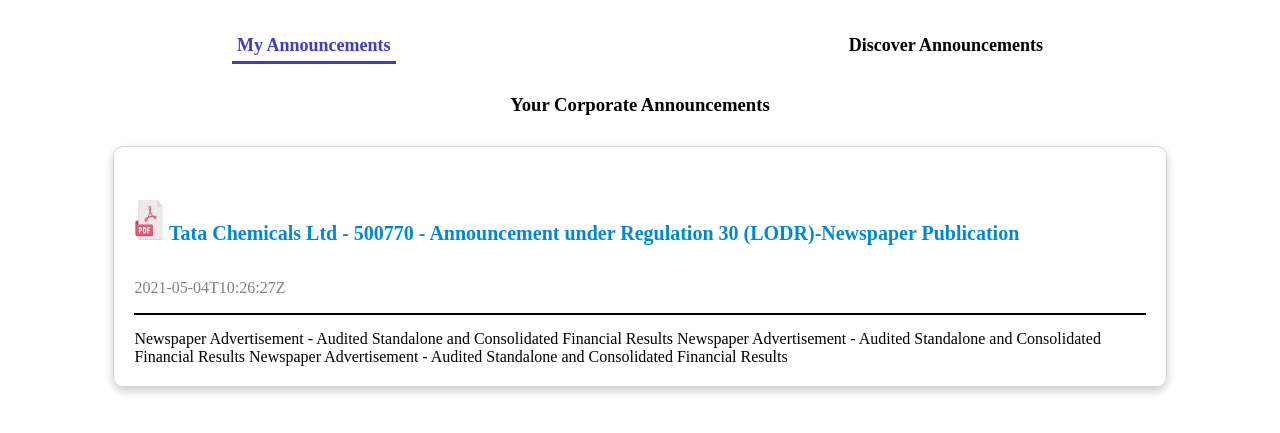
Repository: bhumikagohil/announcements
Page: announcements_tabs/index.html
The author's editor kept a copy of each file at every save. The page is drawn from the files as they stood at one save, then again after the next save.
The browser window is 1280 px wide. The pictures show the whole page.
The page's requests for data from a server got no answer.

Above is the page before, as saved 2021-05-13 14:07:06.

### announcements_tabs/index.html
<!DOCTYPE html>
<html lang="en">

<head>
    <meta charset="UTF-8">
    <meta name="viewport" content="width=device-width, initial-scale=1.0">
    <meta http-equiv="X-UA-Compatible" content="ie=edge">
    <link href="style.css" rel="stylesheet">

    <title>Corporate Announcements</title>
</head>
<script src="https://ajax.googleapis.com/ajax/libs/jquery/3.5.1/jquery.min.js"></script>

<script src="script.js" defer></script>

<body>

    <div class="container">
        <ul class="tabs">
            <li data-tab-target="#my-announcements" class="active tab">My Announcements</li>
            <li data-tab-target="#discover-announcements" class="tab" id="discover-tab">Discover Announcements</li>
        </ul>

        <div class="tab-content">
            <div id="my-announcements" data-tab-content class="active">
                <div class="container">
                    <h3 class="heading">Your Corporate Announcements</h3>
                </div>

                <div class="container" id="announcements-cards-container">
                    <div class="announcements-card" id=${item.news_id} style="    padding: 20px 20px;
                    box-shadow: 0 4px 8px 0 rgb(0 0 0 / 20%);
                    border: 1px solid #d3d3d3;
                    border-radius: 10px;
                    margin: auto;
                    margin-bottom: 10px;">

<a href="https://www.bseindia.com/xml-data/corpfiling/AttachLive/5c736c63-80a0-444f-b9a3-3539fa573147.pdf" style="text-decoration: none;">
                       <h5 class="title" style="    font-size: 1.25rem; ">
                                               <img src="pdf.png" alt="Link" width="30" height="40">

                            Tata Chemicals Ltd - 500770 - Announcement under Regulation 30 (LODR)-Newspaper Publication
                        </h5>
                    </a>
                        <p class="time">
                            2021-05-04T10:26:27Z
                        </p>
                        <hr />
                        <div class="summary">
                            Newspaper Advertisement - Audited Standalone and Consolidated Financial Results
                            Newspaper Advertisement - Audited Standalone and Consolidated Financial Results
                            Newspaper Advertisement - Audited Standalone and Consolidated Financial Results

                        </div>
                    </div>
                </div>

            </div>
            <div id="discover-announcements" data-tab-content>
                <!-- Heading -->
                <div class="container">
                    <h3 class="heading">Discover Corporate Announcements</h3>
                </div>
                <!-- Autocomplete Bar -->
                <div class="container">
                    <form autocomplete="off" class="form">
                        <input id="input-field" placeholder="Search companies" type="text">
                        <ul class="autocomplete"></ul>
                    </form>
                </div>
                <!-- Cards Section -->
                <div class="container cards-container" id="discover-cards-container">
                </div>
            </div>

        </div>
    </div>

</body>

</html>

### announcements_tabs/style.css
[data-tab-content] {
  display: none;
}

.active[data-tab-content] {
  display: block;
}

.tabs {
  display: flex;
  justify-content: space-around;
  list-style-type: none;
  margin: 0;
  padding: 0;
}

.tab {
  cursor: pointer;
  padding: 5px;
  font-size: large;
  font-weight: bold;
}


.tab.active {
  color: #443ac8;
  border-bottom: 3px solid #443ac8;
}

.tab:hover {
  color: #443ac8;
}

/* Media Queries */
@media only screen and (max-width: 768px) {
  .tab {
    font-size: 10px;
  }
  .tab.active {
    border-bottom: 2px solid #443ac8;
  }
}

.container {
  width: 100%;
  margin: 30px auto;
}

.heading {
  text-align: center;
}

/*  ANNOUNCEMENTS */

.title {
  color: #0089d0;
}

.announcements-card {
  padding: 20px 20px;
  box-shadow: 0 4px 8px 0 rgba(0, 0, 0, 0.2);
  width: 80%;
  border: 1px solid #d3d3d3;
  border-radius: 10px;
  margin: auto;

  margin-bottom: 10px;
}

.announcements-card:hover {
  box-shadow: 0 8px 16px 0 rgba(0, 0, 0, 0.2);
}

hr {
  display: block;
  border: none;
  height: 2px;
  background-color: #000;
}

.time {
  /* font-size: 14px; */
  color: #858080;
}

.summary {
  overflow-x: auto;
  margin-top: 15px;
  /* font-size: 16px; */
}

/* DISCOVER ANNOUNCEMENTS */

/* Input Bar */
.form {
  width: 100%;
}

#input-field {
  position: absolute;
  width: 80%;
  /* height: 35px; */
  border-right: none;
  padding: 10px;
  border-radius: 4px;
  border: 1px solid #aab7ca;
}

input[type="text" i] {
  font-size: 14px;
}

/* Autocomplete Bar */
.autocomplete {
  width: 100%;
  position: absolute;
  background: #fff;
  list-style-type: none;
  margin-top: 48px;
  padding-left: 0;
  /* margin-left: auto; */
  z-index: 10;
}

.autocomplete-items {
  display: flex;
  padding: 0px 10px;
  cursor: pointer;
  border: 1px solid #d4d4d4;
  border-top: none;
}

.autocomplete-items:hover {
  background-color: #e9e9e9;
}

.autocomplete-title {
  margin-right: 20px;
  font-size: 14px;
}

.add-button {
  width: 50px;
  height: 26px;
  text-align: center;
  cursor: pointer;
  color: #fff;
  background-color: #4caf50;
  margin: auto 0 auto auto;
  border: none;
}

/* Card  */

.cards-container {
  margin-top: 80px;
  z-index: 1;
}
.discover-card {
  padding: 2% 4%;
  box-shadow: 0 4px 8px 0 rgba(0, 0, 0, 0.2);
  border: 1px solid #d3d3d3;
  border-radius: 5px;
  margin: auto;
  margin-bottom: 10px;
  display: flex;
  flex-direction: row;
  justify-content: space-between;
  align-items: center;
}

.status-button {
  position: relative;
  border: none;
  color: white;
  padding: 5px 10px;
  height: 30px;
  width: 70px;
  text-align: center;
  text-decoration: none;
  display: inline-block;
  font-size: 12px;
  cursor: pointer;
  background-color: #f11e0f;
  z-index: 1;
}

/* Loader */
@keyframes spinner {
  to {
    transform: rotate(360deg);
  }
}

.spinner:before {
  content: "";
  position: absolute;
  width: 18px;
  height: 18px;
  margin-top: -10px;
  margin-left: -10px;
  margin-right: -10px;
  border-radius: 50%;
  border-top: 2px solid #fff;
  border-right: 2px solid transparent;
  animation: spinner 0.6s linear infinite;
  z-index: 4;
}

/* @media only screen and (min-width: 425px) {
  .autocomplete {
    width: 77%;
  }
}

@media only screen and (min-width: 768px) {
  .autocomplete {
    width: 78.3%;
  }
}

@media only screen and (min-width: 1024px) {
  .autocomplete {
    width: 78.7%;
  }
}
@media only screen and (min-width: 1440px) {
  .autocomplete {
    width: 79.2%;
  }
} */

### announcements_tabs/script.js
const tabs = document.querySelectorAll("[data-tab-target]");
const tabContents = document.querySelectorAll("[data-tab-content]");

tabs.forEach((tab) => {
  tab.addEventListener("click", () => {
    const target = document.querySelector(tab.dataset.tabTarget);
    tabContents.forEach((tabContent) => {
      tabContent.classList.remove("active");
    });
    tabs.forEach((tab) => {
      tab.classList.remove("active");
    });
    tab.classList.add("active");
    target.classList.add("active");
  });
});

// ANNOUNCEMENTS

const hostname = "165.22.217.142";

const endpoint = `http://localhost:8000/null`;

fetch(endpoint)
  .then(function (response) {
    return response.json();
  })
  .then(function (response) {
    if (response.length < 1) {
      $(".announcements-card").html(
        "You haven't added any companies yet.Please click on discover announcements to add companies to receive corporate announcements "
      );
    } else {
      const newCard = response.map((item) => {
        return `
                      <div class="announcements-card">
                          <h5 class="title"> ${item.title} </h5>
                          <p class="time"> ${item.disseminated_time}</p>
                          <hr/>
                          <div class="summary">
                              ${item.summary}
                          </div>
                      </div>
                  `;
      });

      document
        .querySelector("#announcements-cards-container")
        .insertAdjacentHTML("afterbegin", newCard);
    }
  })
  .catch(function (err) {
    console.log("error: " + err);
  });

// DISCOVER ANNOUNCEMENTS

var query,
  company_cards_present = [];

const min_query_length = 3;
const spinner = `<div class="spinner"></div>`;

$(document).ready(function () {
  $("#input-field").on("input", function () {
    query = $(this).val();
    if (query.length >= min_query_length) {
      //   Fetching Autocomplete Sugguestions
      fetchData(
        `http://${hostname}/corpann/api/autocomplete/?search=${query}`,
        renderAutocompleteItem
      );
    } else {
      $(".autocomplete").empty();
    }
  });
});

// Fetching Followed Companies
$('#discover-tab').one("click", function () {
  // $("#loadingMessage").css('padding-top', '6%');
  console.log("clicked")
});


function fetchFollowedCompanies() {
  fetchData(
    `http://${hostname}/corpann/api/company/following/`,
    renderFollowedCompanies
  );
}

// Render Followed Companies

function renderFollowedCompanies(data) {
  data.map((item) => {
    createCard(item.company_name, item.scrip_id, "Unfollow");
  });
}

// Autocomplete Items

function renderAutocompleteItem(data) {
  var filtered_autocomplete_sugguestions = data.filter(
    (item) => !company_cards_present.includes(item.scrip_id)
  );

  var new_autocomplete_item = filtered_autocomplete_sugguestions
    .map((item) => {
      return `
                      <li class="autocomplete-items" onclick="createCard('${item.company_name}','${item.scrip_id}')">
                      <span  onclick="con('${item.company_name}','${item.scrip_id}')">
                         <p class="autocomplete-title"> ${item.company_name}</p>
                          <button id="${item.scrip_id}" class="add-button" onclick="createCard('${item.company_name}','${item.scrip_id}')">Add</button>
                     </span>
                          </li>
                  `;
    })
    .join("\n");

  $(".autocomplete").empty();

  document
    .querySelector(".autocomplete")
    .insertAdjacentHTML("afterbegin", new_autocomplete_item);
}

// Creating New Card
function createCard(name, id, text) {
  company_cards_present.push(parseInt(id));

  const card = `
                  <div class="discover-card" id="${id}">
                      <h5 class="card-title"> ${name} </h5>
                      <button class="status-button" onclick="removeCard('${id}', this)">
                       ${text || spinner}
                      </button>
                  </div>
              `;

  $(".autocomplete").empty();

  $("#input-field").val("");

  document
    .querySelector("#discover-cards-container")
    .insertAdjacentHTML("afterbegin", card);

  getCompanyStatus(name, id);
}

// Fetching Company Status

function getCompanyStatus(name, id) {
  fetchData(
    `http://${hostname}/corpann/api/follow/?company=${id}`,
    checkStatus
  );
}

function checkStatus(data) {
  if (data.company_status === "Confirmed") {
    $("#" + data.scrip_id)
      .children("button")
      .html("Unfollow");
  } else {
    card = $("#discover-cards-container").children().first();
    card
      .children("button")
      .html("Try again")
      .css("background-color", "#4caf50");
    setTimeout(() => {
      removeGivenCard(card);
    }, 1000);
    company_cards_present.splice(
      company_cards_present.indexOf(card.attr("id")),
      1
    );
  }
}

function removeGivenCard(card) {
  card.remove();
}

// Removing Card on Unfollow

function removeCard(id, obj) {
  $(obj).html(spinner);
  company_cards_present = company_cards_present.filter(function (e) {
    return e !== parseInt(id);
  });
  fetchData(
    `http://${hostname}/corpann/api/unfollow/?company=${id}`,
    checkUnfollowStatus
  );
}

function checkUnfollowStatus(data) {
  if (data.company_status === "Confirmed") {
    $("#" + data.scrip_id).remove();
  } else {
    $("#status-button").html("Unfollow");
  }
}
// Fetch Function

function fetchData(endpoint, onSuccess) {
  fetch(endpoint)
    .then(function (response) {
      return response.json();
    })
    .then(function (response) {
      onSuccess(response.data);
    })
    .catch(function (err) {
      console.log(err);
    });
}

async function postData(url = "", data = {}, onSuccess) {
  // Default options are marked with *
  const response = await fetch(url, {
    method: "POST", // *GET, POST, PUT, DELETE, etc.
    mode: "cors", // no-cors, *cors, same-origin
    cache: "no-cache", // *default, no-cache, reload, force-cache, only-if-cached
    credentials: "same-origin", // include, *same-origin, omit
    headers: {
      "Content-Type": "application/json",
      // 'Content-Type': 'application/x-www-form-urlencoded',
    },
    redirect: "follow", // manual, *follow, error
    referrerPolicy: "no-referrer", // no-referrer, *no-referrer-when-downgrade, origin, origin-when-cross-origin, same-origin, strict-origin, strict-origin-when-cross-origin, unsafe-url
    body: JSON.stringify(data), // body data type must match "Content-Type" header
  })
    .then(function (response) {
      return response.json(); // parses JSON response into native JavaScript objects
    })
    .then(function (response) {
      onSuccess(response.data);
    })
    .catch(function (err) {
      console.log("error: " + err);
    });
}

After the next save:
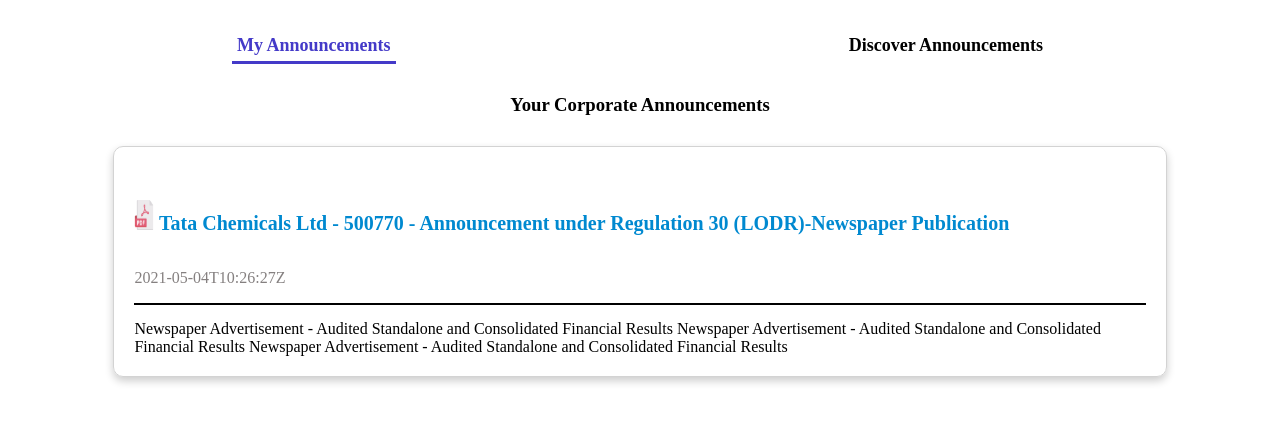
Saved 9 s later.
--- a/announcements_tabs/index.html
+++ b/announcements_tabs/index.html
@@ -37,7 +37,7 @@
 
 <a href="https://www.bseindia.com/xml-data/corpfiling/AttachLive/5c736c63-80a0-444f-b9a3-3539fa573147.pdf" style="text-decoration: none;">
                        <h5 class="title" style="    font-size: 1.25rem; ">
-                                               <img src="pdf.png" alt="Link" width="30" height="40">
+                                               <img src="pdf.png" alt="Link" width="20" height="30">
 
                             Tata Chemicals Ltd - 500770 - Announcement under Regulation 30 (LODR)-Newspaper Publication
                         </h5>
